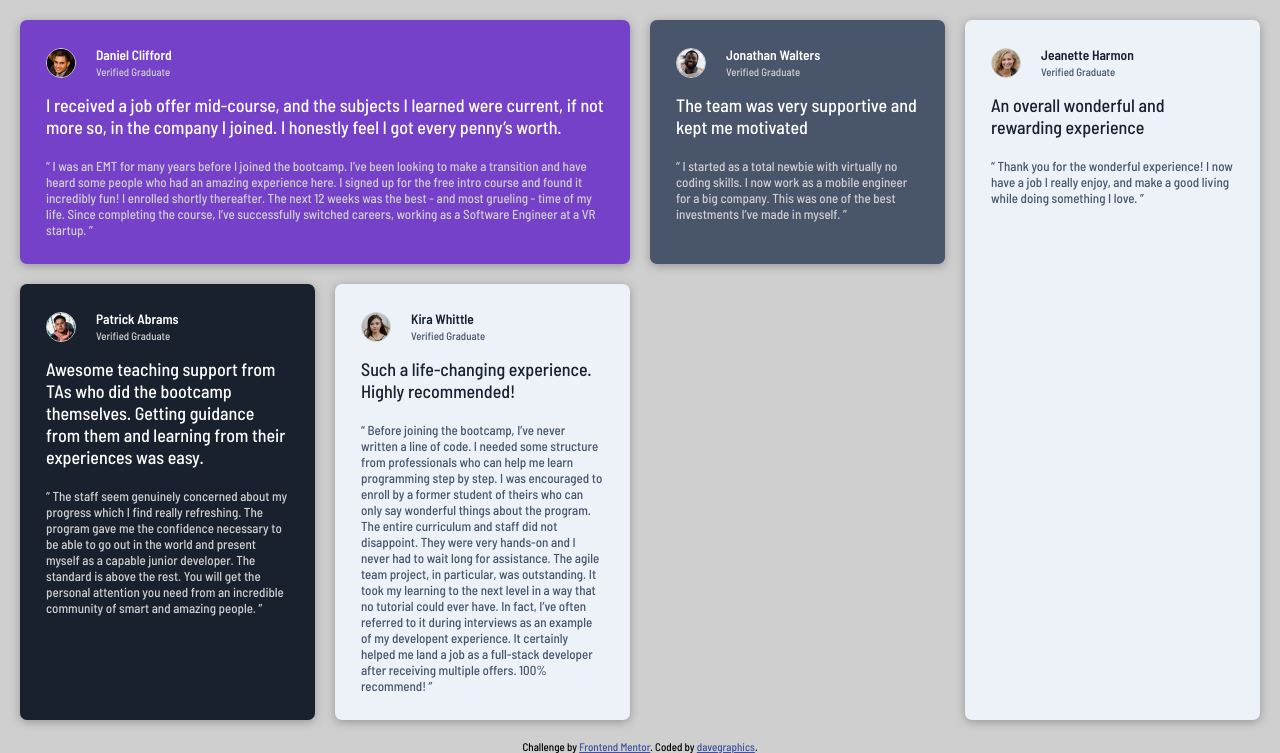
Repository: DejV44/testimonials_grid_section_main
Page: index.html
These files come from the project's save history. The page is drawn as it stood at one moment and after the next save; the edit follows.
The browser window is 1280 px wide. The pictures show the whole page.
The style sheet was rebuilt from its Sass, Less or Tailwind sources for each picture, by a compiler version that may differ from the author's.

Above is the page before, as saved 2021-07-15 19:44:03.

### index.html
<!DOCTYPE html>
<html lang="en">

<head>
  <meta charset="UTF-8">
  <meta name="viewport" content="width=device-width, initial-scale=1.0">
  <link rel="stylesheet" href="css/style.css">
  <link rel="icon" type="image/png" sizes="32x32" href="./images/favicon-32x32.png">
  <title>Frontend Mentor | Testimonials grid section</title>
</head>

<body>
  <div class="container">
    <div class="cards violet">
      <div class="image">
        <img src="./images/image-daniel.jpg" alt="image-daniel">
        <div>
          <h4>Daniel Clifford</h4>
          <small>Verified Graduate</small>
        </div>
      </div>
      <p>I received a job offer mid-course, and the subjects I learned were current, if not more so,
        in the company I joined. I honestly feel I got every penny’s worth.</p>
      <blockquote>“ I was an EMT for many years before I joined the bootcamp. I’ve been looking to make a
        transition and have heard some people who had an amazing experience here. I signed up
        for the free intro course and found it incredibly fun! I enrolled shortly thereafter.
        The next 12 weeks was the best - and most grueling - time of my life. Since completing
        the course, I’ve successfully switched careers, working as a Software Engineer at a VR startup. ”</blockquote>
    </div>
    <div class="cards darkgray">
      <div class="image">
        <img src="./images/image-jonathan.jpg" alt="image-jonathan">
        <div>
          <h4>Jonathan Walters</h4>
          <small>Verified Graduate</small>
        </div>
      </div>
      <p>The team was very supportive and kept me motivated</p>
      <blockquote>“ I started as a total newbie with virtually no coding skills. I now work as a mobile engineer
        for a big company. This was one of the best investments I’ve made in myself. ”</blockquote>
    </div>
    <div class="cards lgblue">
      <div class="image">
        <img src="./images/image-jeanette.jpg" alt="image-jeanette">
        <div>
          <h4>Jeanette Harmon</h4>
          <small>Verified Graduate</small>
        </div>
      </div>
      <p>An overall wonderful and rewarding experience</p>
      <blockquote>“ Thank you for the wonderful experience! I now have a job I really enjoy, and make a good living
        while doing something I love. ”</blockquote>
    </div>
    <div class="cards dbblue">
      <div class="image">
        <img src="./images/image-patrick.jpg" alt="image-patrick">
        <div>
          <h4>Patrick Abrams</h4>
          <small>Verified Graduate</small>
        </div>
      </div>
      <p>Awesome teaching support from TAs who did the bootcamp themselves. Getting guidance from them and
        learning from their experiences was easy.</p>
      <blockquote>“ The staff seem genuinely concerned about my progress which I find really refreshing. The program
        gave me the confidence necessary to be able to go out in the world and present myself as a capable
        junior developer. The standard is above the rest. You will get the personal attention you need from
        an incredible community of smart and amazing people. ”</blockquote>
    </div>
    <div class="cards lgblue_b">
      <div class="image">
        <img src="./images/image-kira.jpg" alt="image-kira">
        <div>
          <h4>Kira Whittle</h4>
          <small>Verified Graduate</small>
        </div>
      </div>
      <p>Such a life-changing experience. Highly recommended!</p>
      <blockquote>“ Before joining the bootcamp, I’ve never written a line of code. I needed some structure from
        professionals who can help me learn programming step by step. I was encouraged to enroll by a former
        student of theirs who can only say wonderful things about the program. The entire curriculum and staff
        did not disappoint. They were very hands-on and I never had to wait long for assistance. The agile team
        project, in particular, was outstanding. It took my learning to the next level in a way that no tutorial
        could ever have. In fact, I’ve often referred to it during interviews as an example of my developent
        experience. It certainly helped me land a job as a full-stack developer after receiving multiple offers.
        100% recommend! ”</blockquote>
    </div>
  </div>
  <div class="attribution">
    Challenge by <a href="https://www.frontendmentor.io?ref=challenge" target="_blank">Frontend Mentor</a>.
    Coded by <a href="#">davegraphics</a>.
  </div>
</body>

</html>

### css/style.scss
@import url('https://fonts.googleapis.com/css2?family=Barlow+Semi+Condensed:wght@500;600&display=swap');

$ModerateViolet: hsl(263, 55%, 52%);
$VeryDarkGrayishBlue: hsl(217, 19%, 35%);
$VeryDarkBlackishBlue: hsl(219, 29%, 14%);
$White: hsl(0, 0%, 100%);
$LightGray: hsl(0, 0%, 81%);
$LightGrayishBlue: hsl(210, 46%, 95%);

* {
    margin: 0;
    padding: 0;
    box-sizing: border-box;
}

body {
    font-size: 13px;
    font-family: 'Barlow Semi Condensed', sans-serif;
    background-color: $LightGray;


    .container {
        display: grid;
        grid-template-columns: 1fr;
        margin: 20px;
        gap: 20px;
        .cards {

            padding: 2em;
            border-radius: 7px;
            box-shadow: rgba(128, 128, 128, 0.712) 0px 2px 10px;

            &.violet {
                background-color: $ModerateViolet;
            }

            &.darkgray {
                background-color: $VeryDarkGrayishBlue;
            }

            &.lgblue {
                background-color: $LightGrayishBlue;
                p {
                    color: $VeryDarkBlackishBlue;
                }
                blockquote {
                    color: $VeryDarkGrayishBlue;
                }
                .image {
                    h4 {
                        color: $VeryDarkBlackishBlue;
                    }
                    small {
                        color: $VeryDarkGrayishBlue;
                    }
                }
            }

            &.lgblue_b {
                background-color: $LightGrayishBlue;
                p {
                    color: $VeryDarkBlackishBlue;
                }
                blockquote {
                    color: $VeryDarkGrayishBlue;
                }
                .image {
                    h4 {
                        color: $VeryDarkBlackishBlue;
                    }
                    small {
                        color: $VeryDarkGrayishBlue;
                    }
                }
            }
            &.dbblue {
                background-color: $VeryDarkBlackishBlue;
            }


            .image {
                display: flex;
                margin-bottom: 15px;
                align-items: center;

                img {
                    border-radius: 50%;
                    width: 30px;
                    height: 30px;
                    margin-right: 20px;
                    border: 1px solid $LightGray;
                }

                h4 {
                    color: $White;
                    font-size: 13.5px;

                }

                small {
                    color: $LightGray;
                }
            }

            blockquote {
                color: $LightGray;
                padding-top: 20px;
            }
            p {
                color: $White;
                font-size: 18px;
            }
        }

    }

@media (min-width: 640px) {

    .container {
        grid-template-columns: repeat(2, 1fr);
    }

}

@media (min-width: 1280px) {
    .container {
        grid-template-columns: repeat(4, 1fr);
        .cards {
            &.violet {
                grid-column: 1/3;
            }
            &.lgblue {
                grid-column: 4;
                grid-row: 1/3;
            }
        }
    }
}

.attribution { font-size: 11px; text-align: center; }
.attribution a { color: hsl(228, 45%, 44%); }

}

After the next save:
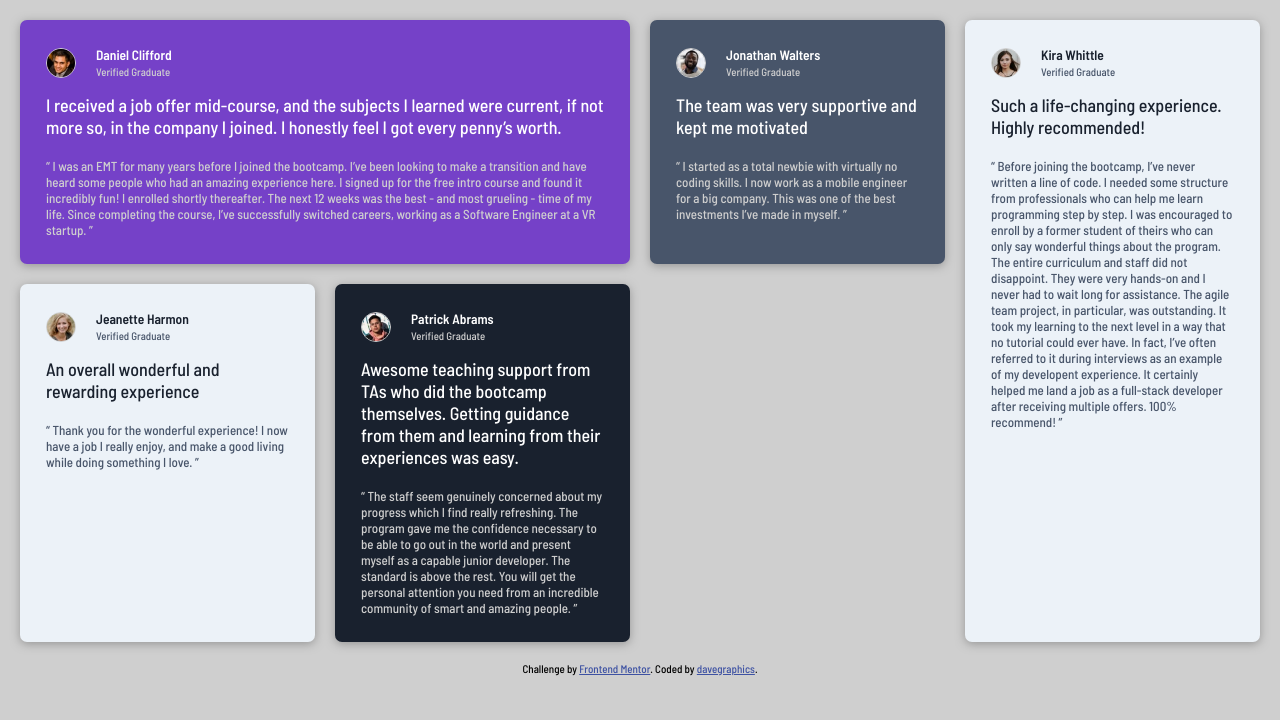
Saved 15 s later.
--- a/css/style.scss
+++ b/css/style.scss
@@ -129,7 +129,7 @@ body {
             &.violet {
                 grid-column: 1/3;
             }
-            &.lgblue {
+            &.lgblue_b {
                 grid-column: 4;
                 grid-row: 1/3;
             }
